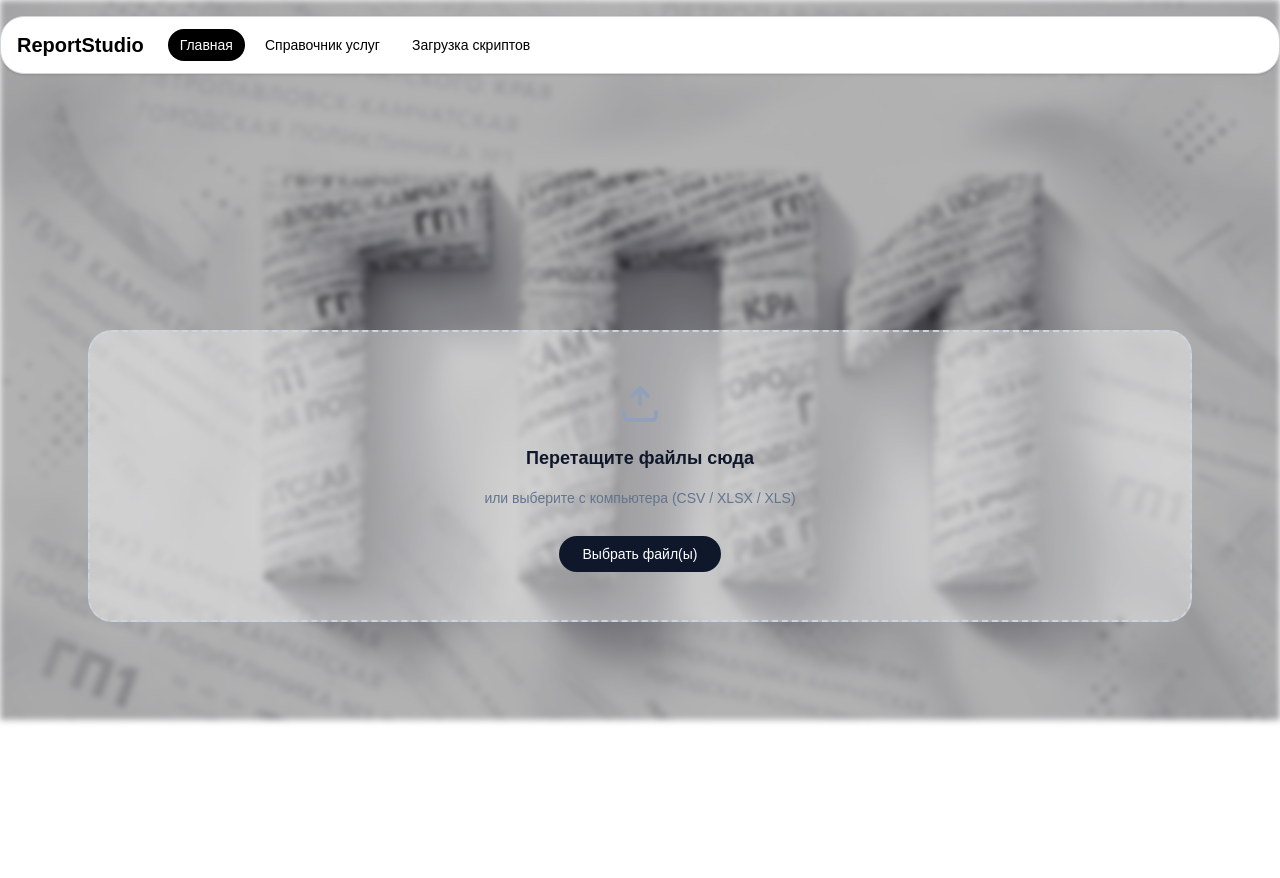
Repository: vladzap2423/report_studio_v2
Page: /
An editor plug-in stored every save of this project. The page is shown before and after the next save, followed by the edit.
The browser window is 1280 px wide. The pictures show the whole page.
The project was rebuilt for these pictures with package versions that can differ from the ones it lists, and the page was loaded fresh each time. The framework's server and built-in components were replaced by stand-ins that run in the browser. Also part of the build but not shown: next.config.ts, src/app/components/ScriptsList.tsx.

Above is the page before, as saved 2026-03-17 15:18:13.

After the next save:
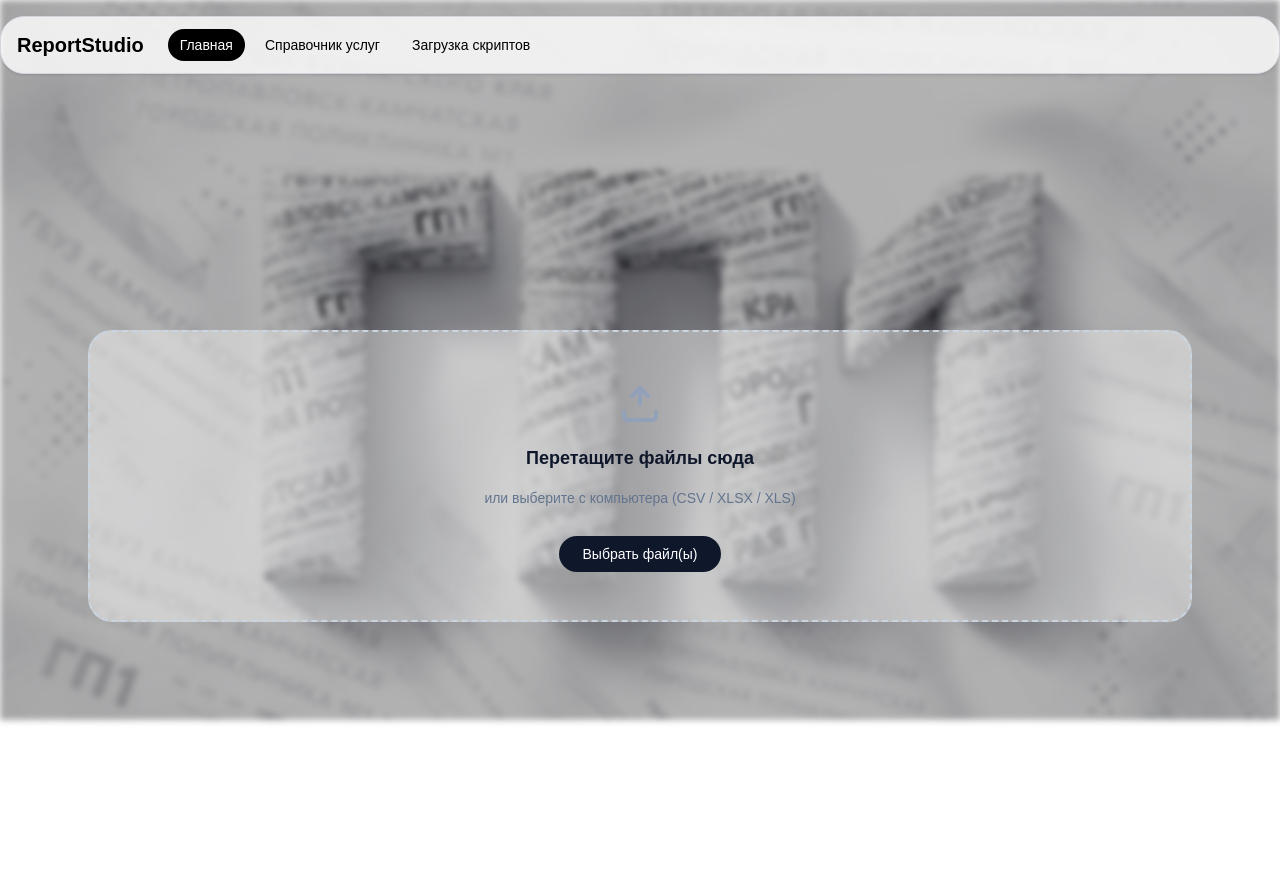
Saved 6 s later.
--- a/src/app/components/Header.tsx
+++ b/src/app/components/Header.tsx
@@ -14,7 +14,7 @@ const Header: React.FC<HeaderProps> = ({ title = "ReportStudio", links = [] }) =
 
   return (
     <header className="w-full flex justify-center mt-4">
-      <div className="w-full max-w-7xl px-4 py-3 flex items-center space-x-6 bg-white/100 border border-gray-300 rounded-3xl shadow-sm">
+      <div className="w-full max-w-7xl px-4 py-3 flex items-center space-x-6 bg-white/80 border border-gray-300 rounded-3xl shadow-sm">
 
         {/* Название */}
         <div className="text-xl font-semibold text-black">
